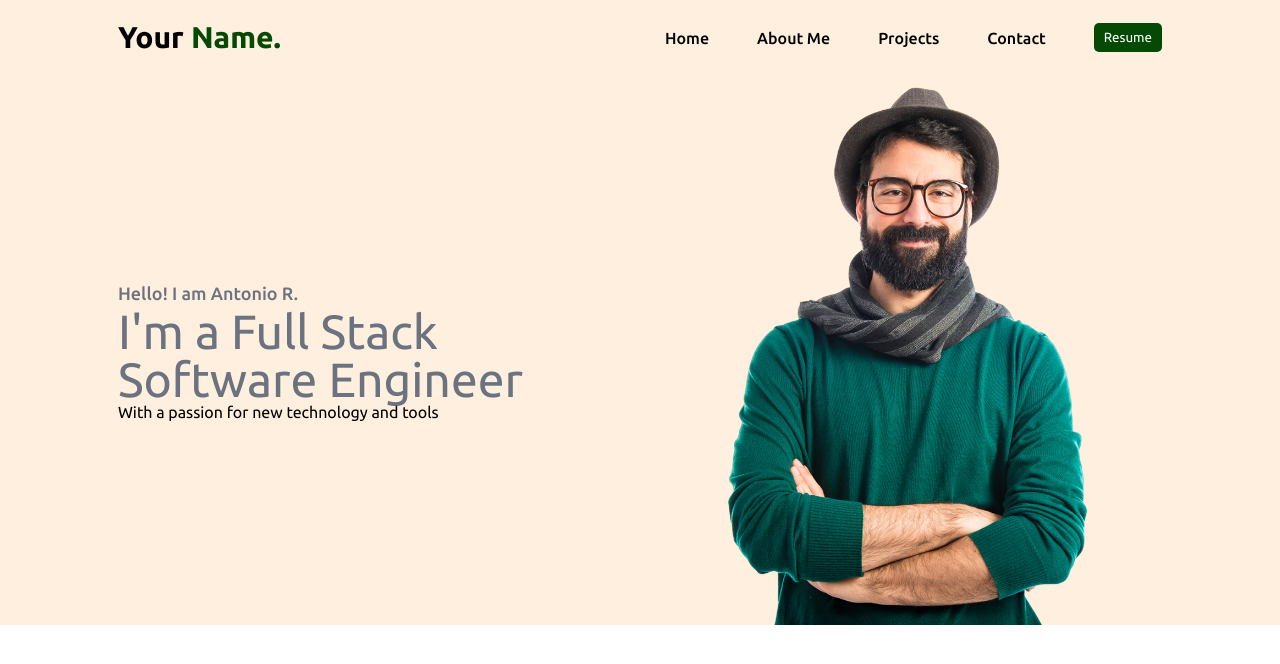
Repository: DevAntonioRogers/vanilla-portfolio
Page: index.html
An editor plug-in stored every save of this project. The page is shown before and after the next save, followed by the edit.
The browser window is 1280 px wide. The pictures show the whole page.

Above is the page before, as saved 2023-07-14 22:09:56.

After the next save:
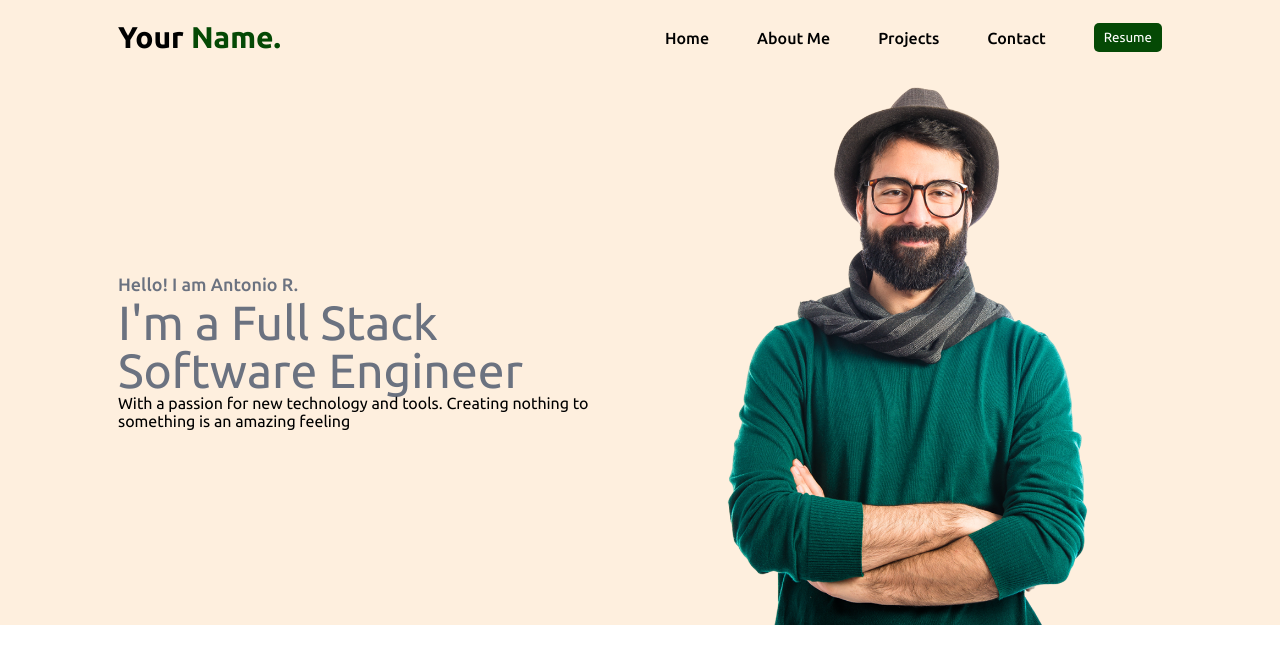
Saved 81 s later.
--- a/index.html
+++ b/index.html
@@ -39,7 +39,7 @@
         <div class="hero-info">
           <h4>Hello! I am Antonio R.</h4>
           <h1>I'm a Full Stack Software Engineer</h1>
-          <p>With a passion for new technology and tools</p>
+          <p>With a passion for new technology and tools. Creating nothing to something is an amazing feeling</p>
         </div>
 
         <div class="hero-image-container">
